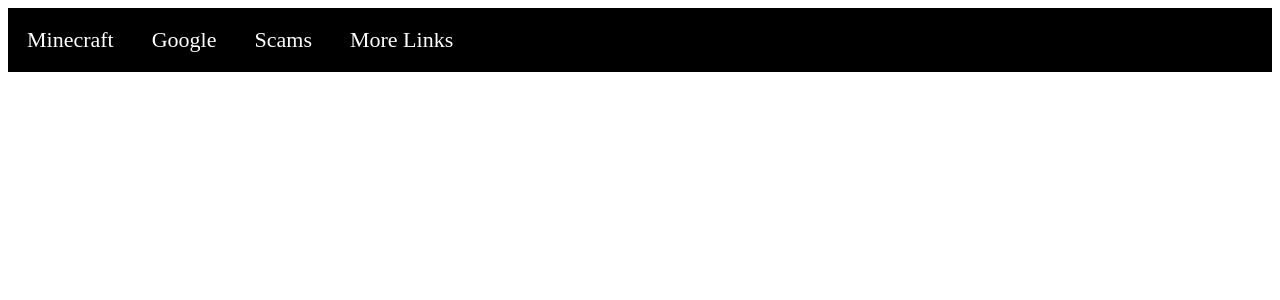
Repository: Peng-uin/Peng-uin.github.io
Page: index.html
The author's editor kept a record of every edit. The page is drawn from the files as they stood at one moment, then again after the next edit.
The browser window is 1280 px wide. The pictures show the whole page.

Above is the page before.

### index.html
<!DOCTYPE html>
<html>
  <head>

    <title>repl.it</title>

    <style>
      .navbar{
        background-color: black;
        width: 100%;
        height: 64px;
      }

      .navbar a, .morelinks {
        color: white;
        font-size: 22px;
        text-decoration: none;
        padding:19px;
        float:left;
      }

      .navbar a:hover, .morelinks:hover{
        background-color: #4287f5;
      }

      .dropdown:hover .dropdown-content{
        display:block;
      }

      .dropdown-content{
        position: absolute;
        display:none;
        z-index:  1;
      }

      .dropdown{
          background-color:black;
          color: white;
          float: left;
          text-decoration: none;
          font-size: 20px;
      }
      .dropdown-content a{
          float: none;
          display: block;
      }
    </style>

  </head>
  <body>
    <div class="navbar">
      <a href="https://www.minecraft.net">Minecraft</a>
      <a href="https://www.google.com">Google</a>
      <a href="https://www.collegeboard.com">Scams</a>
      <div class="dropdown">
        <div class="morelinks">More Links</div>
        <div class="dropdown-content">
          <a href="https://www.awseducate.com">AWS Educate</a>
          <a href="https://www.coolmath.com">Coolmath</a>
        </div>
      </div>

    </div>

  </body>
</html>

After the next edit:
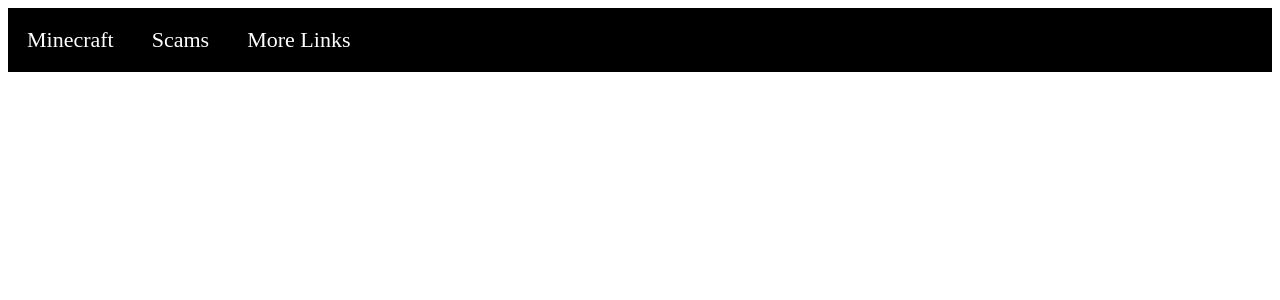
The edit:
--- a/index.html
+++ b/index.html
@@ -50,7 +50,7 @@
   <body>
     <div class="navbar">
       <a href="https://www.minecraft.net">Minecraft</a>
-      <a href="https://www.google.com">Google</a>
+      <a href="https;//www.google.com/finance</a>
       <a href="https://www.collegeboard.com">Scams</a>
       <div class="dropdown">
         <div class="morelinks">More Links</div>
